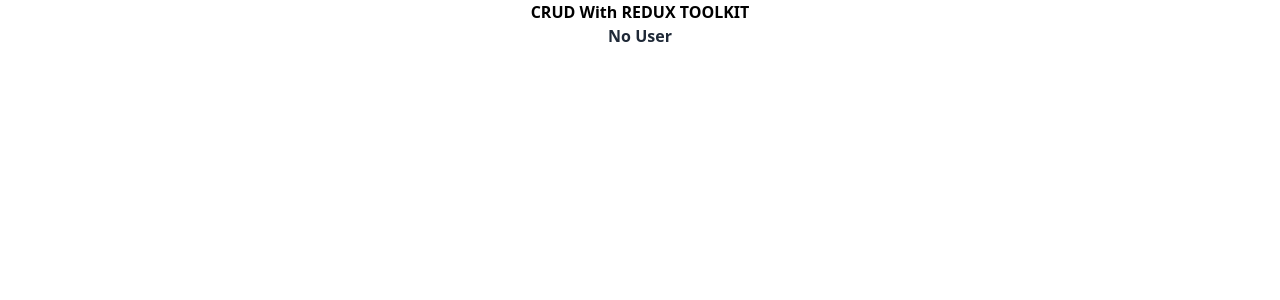
Repository: OmniaRafat232111121/Crud-reduxtoolkit
Page: /
An editor plug-in stored every save of this project. The page is shown before and after a run of saves, followed by the edit.
The browser window is 1280 px wide. The pictures show the whole page.
The project was rebuilt for these pictures with package versions that can differ from the ones it lists, and the page was loaded fresh each time.

Above is the page before, as saved 2023-02-10 13:59:03.

After the next 4 saves:
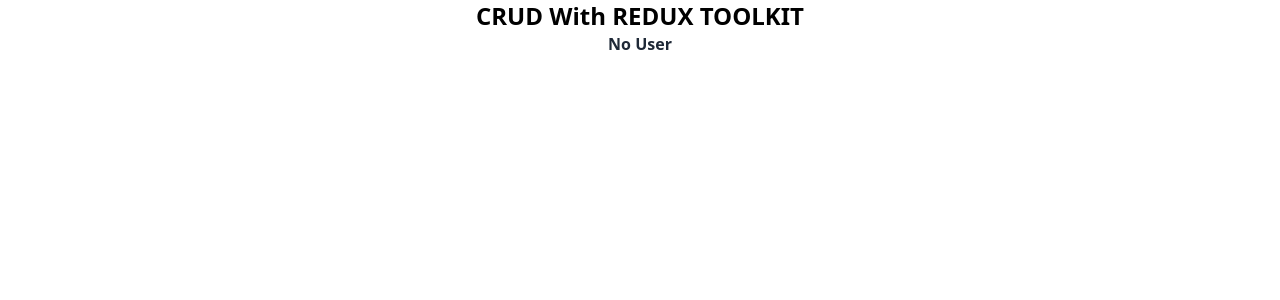
The 4 saves are shown as one change because they came seconds apart.
The last was saved 37 s later.
--- a/src/App.js
+++ b/src/App.js
@@ -4,7 +4,7 @@
 const App = () => {
   return (
     <div className='container mx-auto'>
-    <h1 className='text-center font-bold'>CRUD With REDUX TOOLKIT</h1>
+    <h1 className='text-center font-bold text-2xl '>CRUD With REDUX TOOLKIT</h1>
           <UserList />
     </div>
   )
